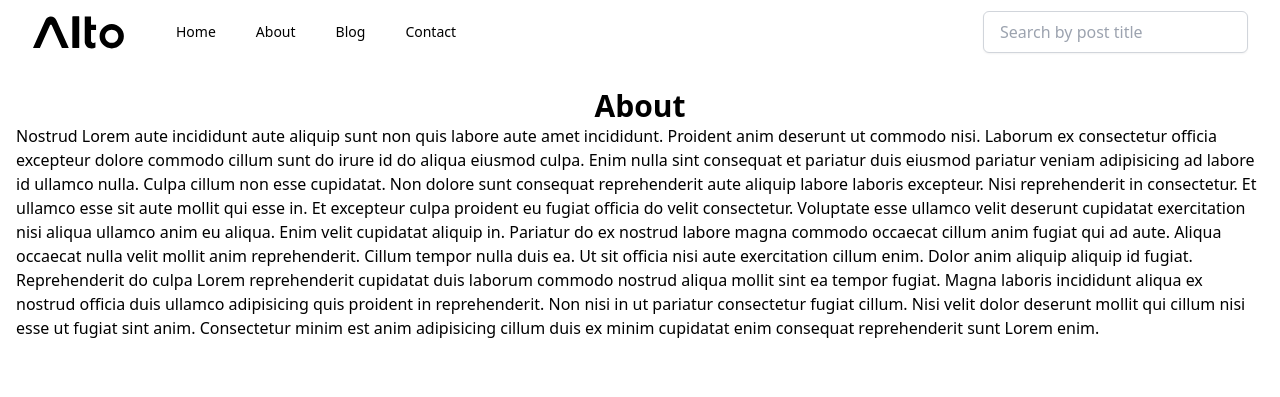
Repository: marianozamora/react-vitest
Page: /about
An editor plug-in stored every save of this project. The page is shown before and after the next save, followed by the edit.
The browser window is 1280 px wide. The pictures show the whole page.
The project was rebuilt for these pictures with package versions that can differ from the ones it lists, and the page was loaded fresh each time. Also part of the build but not shown: vite.config.ts, src/components/03-components/ImageHero.tsx, src/components/05-pages/Home.tsx, src/components/04-layouts/PostList.tsx, src/components/05-pages/Posts.tsx, src/components/03-components/AddPost.tsx, src/components/05-pages/ErrorPage.tsx, src/components/03-components/YoutubeVideo.tsx and 2 more.

Above is the page before, as saved 2023-05-07 05:33:34.

After the next save:
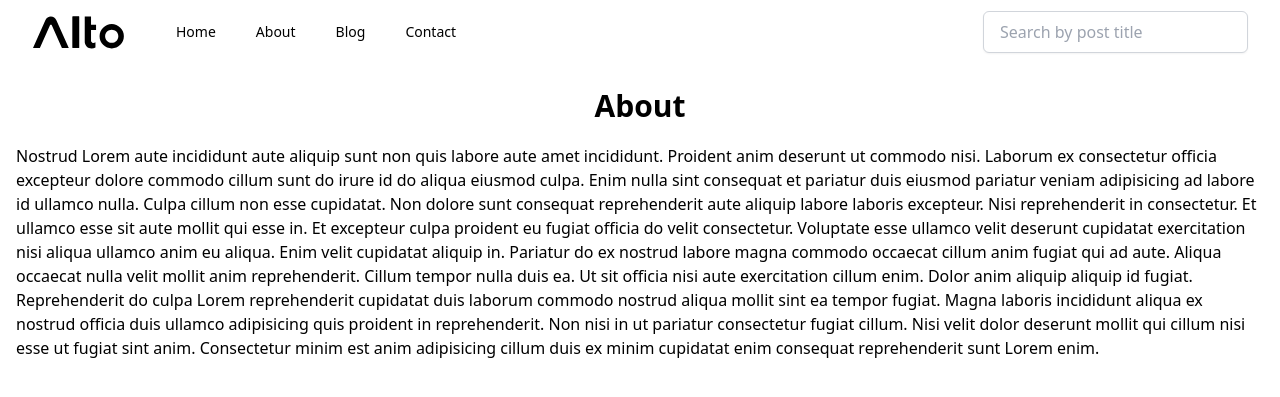
Saved 10 s later.
--- a/src/components/05-pages/About.tsx
+++ b/src/components/05-pages/About.tsx
@@ -14,7 +14,7 @@ const lorem = new LoremIpsum({
 const About = () => {
   return (
     <>
-      <h1 className="font-bold text-3xl text-center">About</h1>
+      <h1 className="font-bold text-3xl text-center mb-5">About</h1>
       <p>{ lorem.generateParagraphs(4) }</p>
     </>
   )
